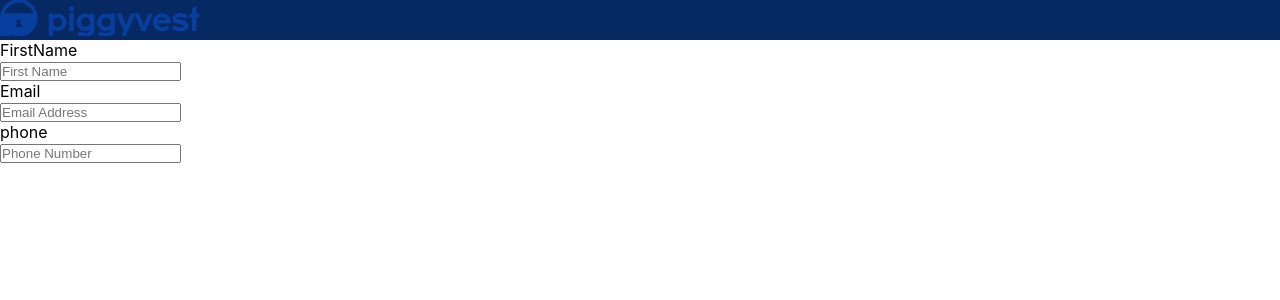
Repository: hisreal123/PiggyVest-login-Clone
Page: /RegisterPage
These files come from the project's save history. The page is drawn as it stood at one moment and after a run of saves; the edit follows.
The browser window is 1280 px wide. The pictures show the whole page.
The project was rebuilt for these pictures with package versions that can differ from the ones it lists, and the page was loaded fresh each time. The framework's server and built-in components were replaced by stand-ins that run in the browser. Also part of the build but not shown: next.config.js.

Above is the page before, as saved 2022-07-29 22:10:37.

### pages/_app.tsx
import '../styles/globals.scss'
import type { AppProps } from 'next/app'

import '../styles/All.scss'

function MyApp({ Component, pageProps }: AppProps) {
  return <Component {...pageProps} />
}

export default MyApp

### pages/RegisterPage.tsx
import Image from "next/image";
import Link from "next/link";
import React from "react";
import { Logo } from "../Components/logo";
import { RegisterForm } from "../Components/RegisterForm";
import logo from "../public/Assets/piggyvest.svg";

export default function RegisterPage() {
  return (
    <div className="Register ">
      <Logo src={logo} />
      <RegisterForm />
    </div>
  );
}

### styles/globals.scss
* {
  box-sizing: border-box;
  padding: 0;
  margin: 0;
}

html,
body {
  padding: 0;
  margin: 0;
  font-family: -apple-system, BlinkMacSystemFont, Segoe UI, Roboto, Oxygen,
    Ubuntu, Cantarell, Fira Sans, Droid Sans, Helvetica Neue, sans-serif;
}

a {
  text-decoration: none;
}

.container {
  padding: 0 2rem;
}
.title a:hover,
.title a:focus,
.title a:active {
  text-decoration: underline;
}

### styles/All.scss
// Register Page Design

.Register {
  background-color: #062863;
  .RegisterForm{
    background-color: rgb(255, 255, 255);

  }
}

### Components/logo.tsx
import Image from "next/image";
import Link from "next/link";
import React from "react";

interface imageProps {
  src: string;
}

export const Logo: React.FC<imageProps> = ({ src }) => {
  return (
    <div className="logoWrap">
      <Link href="#" className="logo">
        <Image
          alt=" logo "
          src={src}
          height="36"
          width="199"
          objectFit="cover"
        />
      </Link>
    </div>
  );
};

### Components/RegisterForm.tsx
import React, { useState } from "react";
import { AllInput } from "./AllInput";
import { InputProps as FormProps } from "./AllProps";

// interface RegisterFormProps {}
export const RegisterForm: React.FC<FormProps> = () => {
  return (
    <div className="RegisterForm">
      <AllInput
        type="text"
        name="FirstName"
        placeholder="First Name "
        label="Full Name"
        value=" value"
      />

      <AllInput
        type="email"
        name="Email "
        placeholder="Email Address"
        label="Email Address"
        value=" value"
      />

      <AllInput
        type="text"
        name="phone"
        placeholder="Phone Number "
        label="Phone Number"
        value=" value"
      />
    </div>
  );
};

### Components/AllInput.tsx
import React, { useState } from "react";
import { InputProps } from "./AllProps";

export const AllInput: React.FC<InputProps> = ({
  name,
  type,
  placeholder,
  value,
  label,
}) => {
  const [input, setInput] = useState({});

  const handleChange = (e: React.ChangeEvent<HTMLInputElement>) => {
    setInput({ ...input, [e.target.name]: e.target.value });
    console.log(e.target.name);
  };


  return (
    <div>
      <label htmlFor="FullName"> {name}</label>
      <br></br>
      <input
        type={type}
        name={name}
        placeholder={placeholder}
        onChange={handleChange}
      />
    </div>
  );
};

After the next 2 saves:
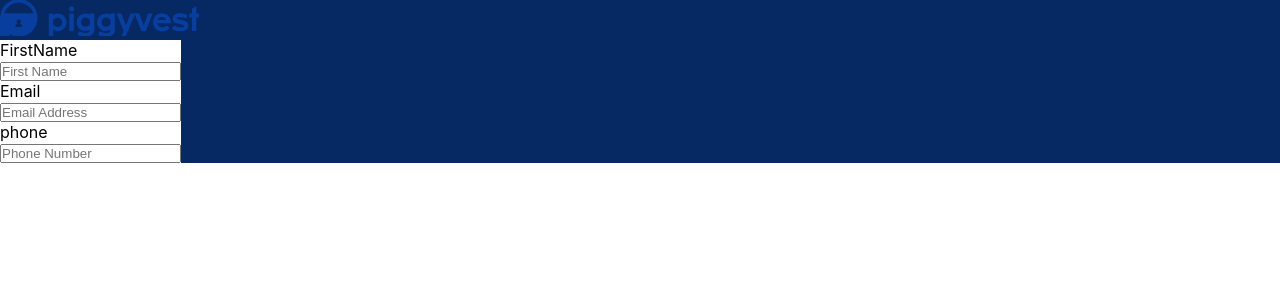
The 2 saves are shown as one change because 1 did not build or start.
The last was saved 8 s later.
--- a/styles/All.scss
+++ b/styles/All.scss
@@ -4,6 +4,6 @@
   background-color: #062863;
   .RegisterForm{
     background-color: rgb(255, 255, 255);
-
+    width: fit-content
   }
 }
